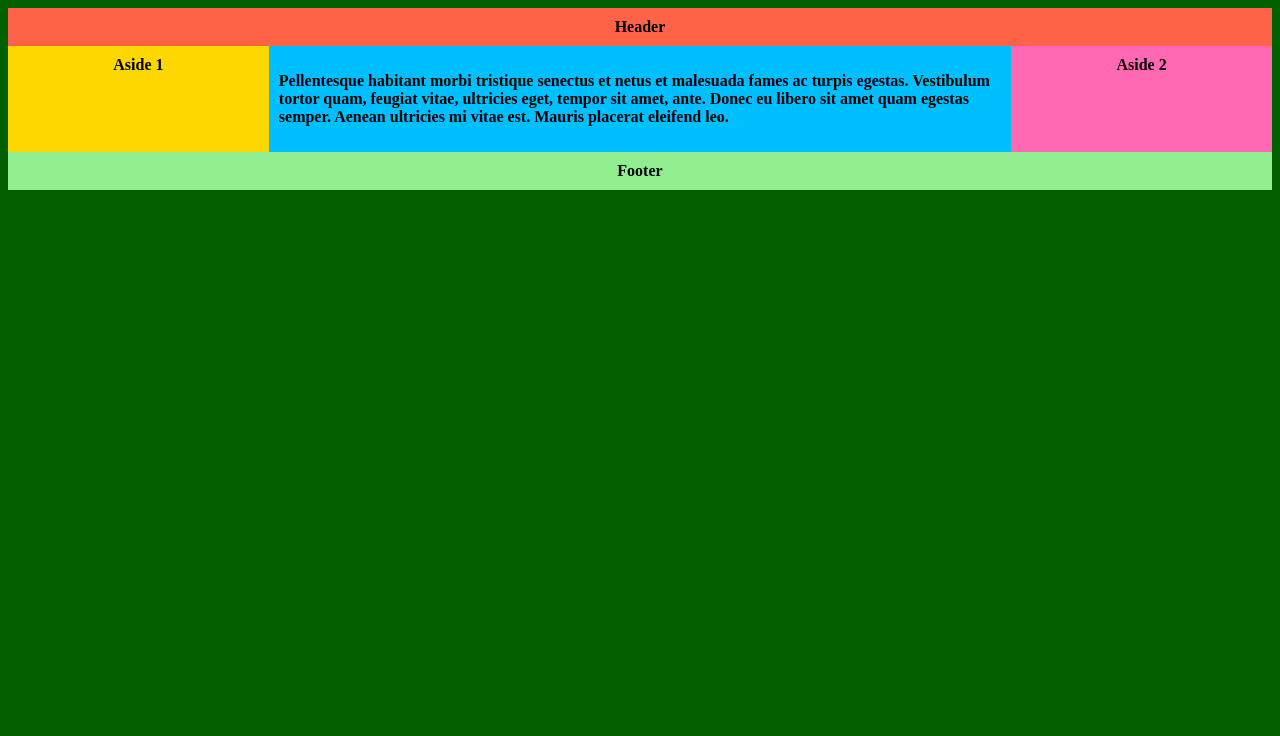
Repository: tiendungjr123/app-baicao
Page: /
These files come from the project's save history. The page is drawn as it stood at one moment and after the next save; the edit follows.
The browser window is 1280 px wide. The pictures show the whole page.
The project was rebuilt for these pictures with package versions that can differ from the ones it lists, and the page was loaded fresh each time. Also part of the build but not shown: src/index.css, src/Components/table.jsx.

Above is the page before, as saved 2022-10-10 23:30:43.

### src/index.js
import React from 'react';
import ReactDOM from 'react-dom/client';
import './index.css';
import App from './App';

const root = ReactDOM.createRoot(document.getElementById('root'));
root.render(
   <React.StrictMode>
      <App />
   </React.StrictMode>
);

### src/App.js
import './App.css';
import Table from './Components/table';

function App() {
   return (
      <div class="wrapper">
         <header class="header">Header</header>
         <article class="main">
            <p>Pellentesque habitant morbi tristique senectus et netus et malesuada fames ac turpis egestas. Vestibulum tortor quam, feugiat vitae, ultricies eget, tempor sit amet, ante. Donec eu libero sit amet quam egestas semper. Aenean ultricies mi vitae est. Mauris placerat eleifend leo.</p>
         </article>
         <aside class="aside aside-1">Aside 1</aside>
         <aside class="aside aside-2">Aside 2</aside>
         <footer class="footer">Footer</footer>
      </div>

   );
}

export default App;

### src/App.css
.wrapper {
   display: flex;
   flex-flow: row wrap;
   font-weight: bold;
   text-align: center;
}

.wrapper > * {
   padding: 10px;
   flex: 1 100%;
}

.header {
   background: tomato;
}

.footer {
   background: lightgreen;
}

.main {
   text-align: left;
   background: deepskyblue;
}

.aside-1 {
   background: gold;
}

.aside-2 {
   background: hotpink;
}

@media all and (min-width: 600px) {
   .aside {
      flex: 1 0 0;
   }
}

@media all and (min-width: 800px) {
   .main {
      flex: 3 0px;
   }
   .aside-1 {
      order: 1;
   }
   .main {
      order: 2;
   }
   .aside-2 {
      order: 3;
   }
   .footer {
      order: 4;
   }
}

body {
   background-color: #015F00;
   height: 100vh;
}

### src/Scss/style.css
.table {
  height: 100vh;
  display: flex;
  justify-content: center;
  align-items: center;
  flex-direction: column;
}
.table .btn-deck-card {
  border: 2px solid #DFE8DE;
  border-radius: 20px;
  color: #fff;
  font-size: 20px;
  font-weight: 400;
  background-color: #673299;
  padding: 10px 130px;
  margin-bottom: 10px;
}
.table .btn-action .btn {
  border: 2px solid #DFE8DE;
  border-radius: 20px;
  color: #fff;
  font-size: 20px;
  font-weight: 400;
  margin-right: 5px;
  padding: 5px 10px;
  width: 90px;
  cursor: pointer;
}
.table .btn-action .btn-shuffle {
  background-color: #008101;
}
.table .btn-action .btn-draw {
  background-color: #FFBF18;
}
.table .btn-action .btn-reveal {
  background-color: #262627;
}
.table .btn-action .btn-reset {
  background-color: #dd142f;
}

body {
  background-color: #015F00;
  height: 100vh;
}/*# sourceMappingURL=style.css.map */

Loaded but not shown: public/index.html (common file)

After the next save:
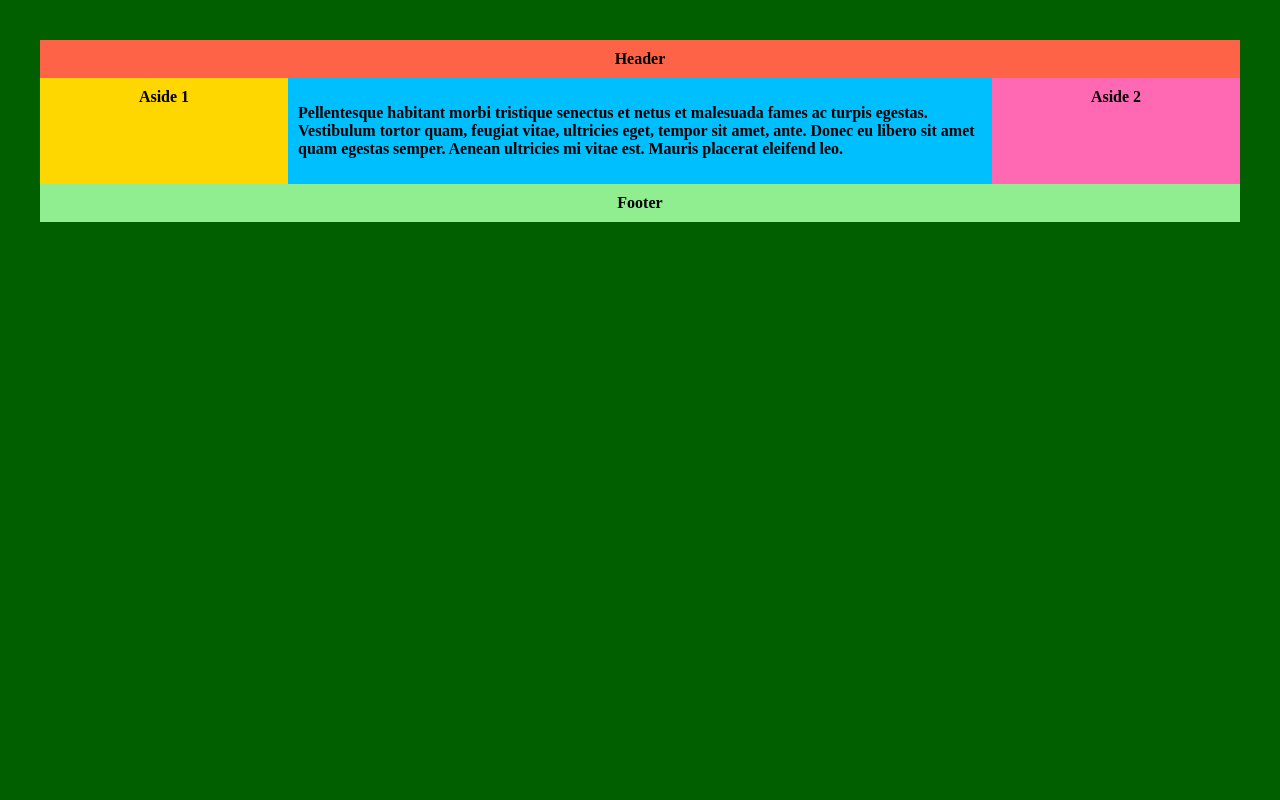
Saved 45 s later.
--- a/src/App.css
+++ b/src/App.css
@@ -1,3 +1,5 @@
+@import "./Scss/style.css";
+
 .wrapper {
    display: flex;
    flex-flow: row wrap;
@@ -56,6 +58,5 @@
 }
 
 body {
-   background-color: #015F00;
-   height: 100vh;
+   padding: 2em;
 }
